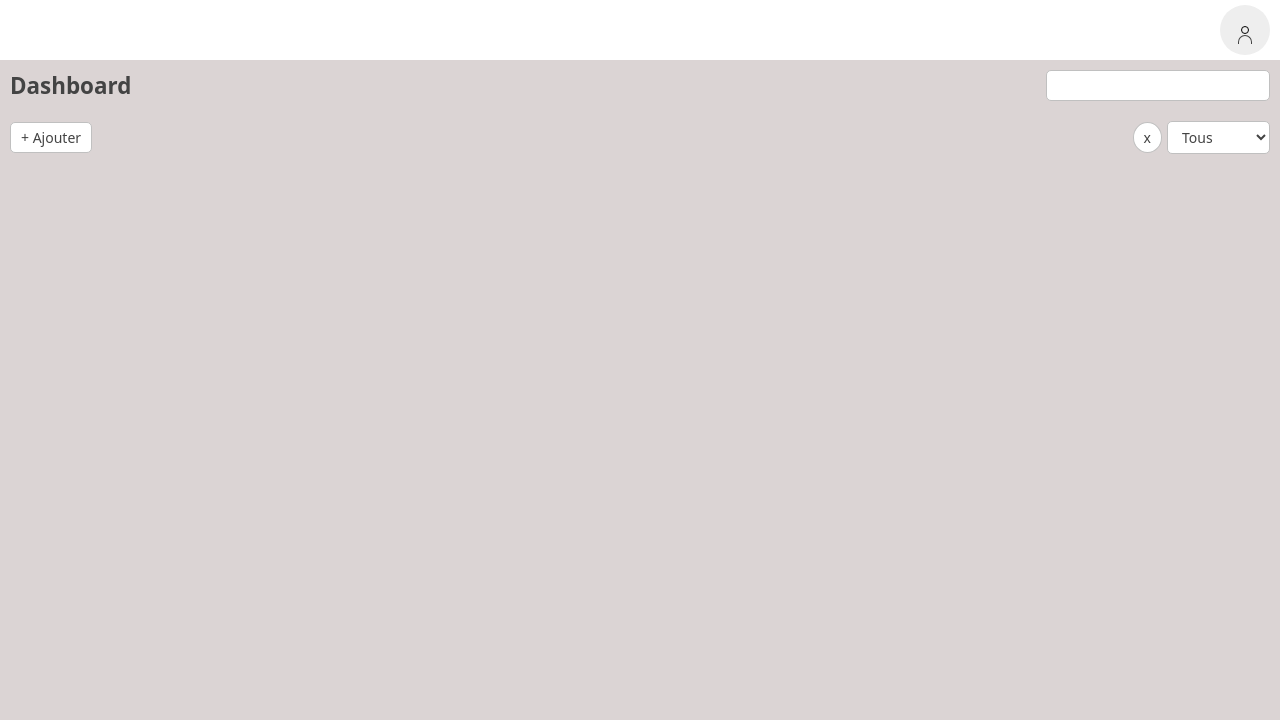
Repository: zpaulange/task_manager
Page: dashboard/index.html
The author's editor kept a copy of each file at every save. The page is drawn from the files as they stood at one save, then again after the next save.
The browser window is 1280 px wide. The pictures show the whole page.

Above is the page before, as saved 2025-03-06 15:01:55.

### dashboard/index.html
<!DOCTYPE html>
<html lang="en">
<head>
    <meta charset="UTF-8">
    <meta name="viewport" content="width=device-width, initial-scale=1.0">
    <link rel="stylesheet" href="../assets/styles/dashboard/style.css">
    <title>Document</title>
</head>
<body>
  <section class="dashboard">
    <div class="dashboard_right">
      <nav class="dashbaord_nav">
        <a href="#" class="dashbaord_nav_avatar">
          <span></span>
        </a>
      </nav>
      <main class="main">
        <div class="main_header">
          <h1 class="main_header_title">Dashboard</h1>
          <input type="search" name="search" class=" main_header_search">
        </div>
        <div class="main_header_actions">
          <div class="main_header_actions_left">
            <button class="main_header_actions_btn">+ Ajouter</button>
          </div>
          <div class="main_header_actions_right">
            <button class="main_header_actions_right_btnDel">x</button>
            <select name="filter" class="main_header_actions_right_filter" id="">
              <option value="0">Tous</option>
              <option value="1">En cours</option>
              <option value="2">Annulés</option>
              <option value="3">Terminés</option>
            </select>
          </div>
        </div>
        <!-- <section class="box box-center">

        </section> -->
      </main>
    </div>
  </section>

</body>
</html>

### assets/styles/dashboard/style.css
*{
  margin:0;
  padding:0;
  box-sizing: border-box;
  position:relative;
  font-family: system-ui, sans-serif;
  font-size: 14px;
  color:#434343;
}
body{
  overflow-x: hidden;
}
a{
  text-decoration: none;
}
a:active, a:hover{
  color:#434343;
}
img{
  width: 100%;
  height: auto;
}
ul li{
  list-style: none;
}
input[type="search"],
input[type="text"],
input[type="date"]{
  padding:5px 10px;
  border-radius:5px;
  border:1px solid silver
}
input:focus, select:focus{
  outline: none;
}

.dashboard{
  min-height: 100vh;
  background-color: #dbd4d4;
}

.dashboard_right{
  min-height: 100vh;
}
.dashbaord_nav{
  background-color: #fff;
  padding:5px 10px;
  display: flex;
  align-items:center;
  justify-content: flex-end;
  z-index: 1000;
  position: sticky;
  top:0;
  left:0;
}
.dashbaord_nav_avatar{
  display: flex;
  align-items: center;
  justify-content: center;
  height:50px;
  width: 50px;
  border-radius:50%;
  background-color: #eee;

}
.dashbaord_nav_avatar span{
  display: inline-block;
  height: 8px;
  width: 8px;
  border-radius:50%;
  border:1px solid #000
}
.dashbaord_nav_avatar span:before{
  content:'';
  position: absolute;
  height: 8px;
  width: 12px;
  border:1px solid;
  left:50%;
  transform: translateX(-50%);
  top:8px;
  border-bottom: none;
  border-top-left-radius: 10px;
  border-top-right-radius: 10px;
}

.main{
  padding:10px;
}
.main_header_title{
  font-size: 1.6rem;
}
.box{
  min-height: calc(100vh - 100px);
  background-color: #fff;
  border-radius:5px;
  padding:10px;
}
.box.box-center{
  display: flex;
  align-items:center;
  justify-content: center;
}

.main_header{
  display: flex;
  justify-content: space-between;
  align-items:center;
  margin-bottom:20px;
}
.main_header_actions{
  display: flex;
  justify-content: space-between;
  align-items:center;
}
.main_header_actions_btn{
  padding:5px 10px;
  border-radius:5px;
  border:1px solid silver;
  background-color: #fff;
  cursor: pointer;
  transition: .2s;
}
.main_header_actions_btn:hover{
  background-color:blue;
  color:#fff;
}
.main_header_actions_right{
  display: flex;
  align-items:center;
  gap:5px;
}
.main_header_actions_right_btnDel{
  padding:5px 10px;
  border-radius:50%;
  border:1px solid silver;
  background-color: #fff;
  cursor: pointer;
  transition: .2s;
  cursor:pointer;
}
.main_header_actions_right_btnDel:hover{
  background-color:red;
  color:#fff;
}
.main_header_actions_right_filter{
  padding:5px 10px;
  border-radius:5px;
  border:1px solid silver;
  background-color: #fff;
}

After the next save:
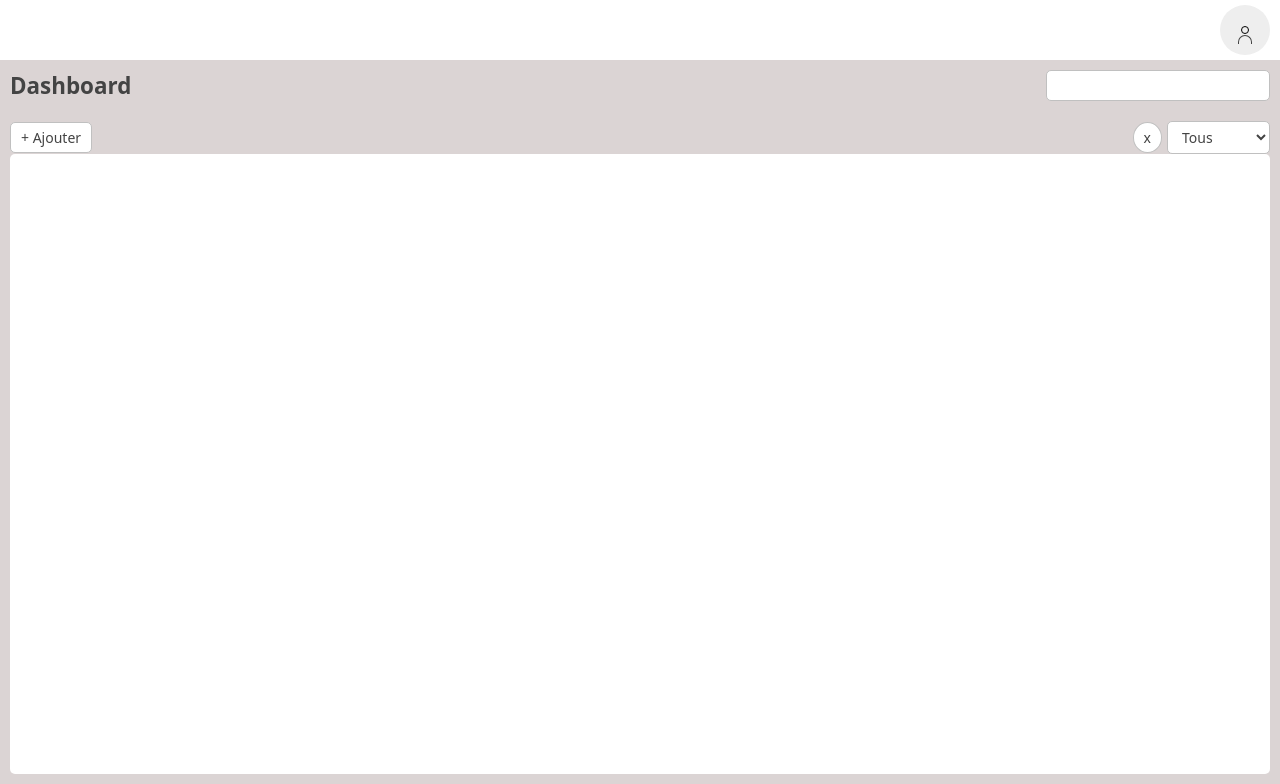
Saved 23 s later.
--- a/dashboard/index.html
+++ b/dashboard/index.html
@@ -33,9 +33,9 @@
             </select>
           </div>
         </div>
-        <!-- <section class="box box-center">
+        <section class="box box-center">
 
-        </section> -->
+        </section>
       </main>
     </div>
   </section>
